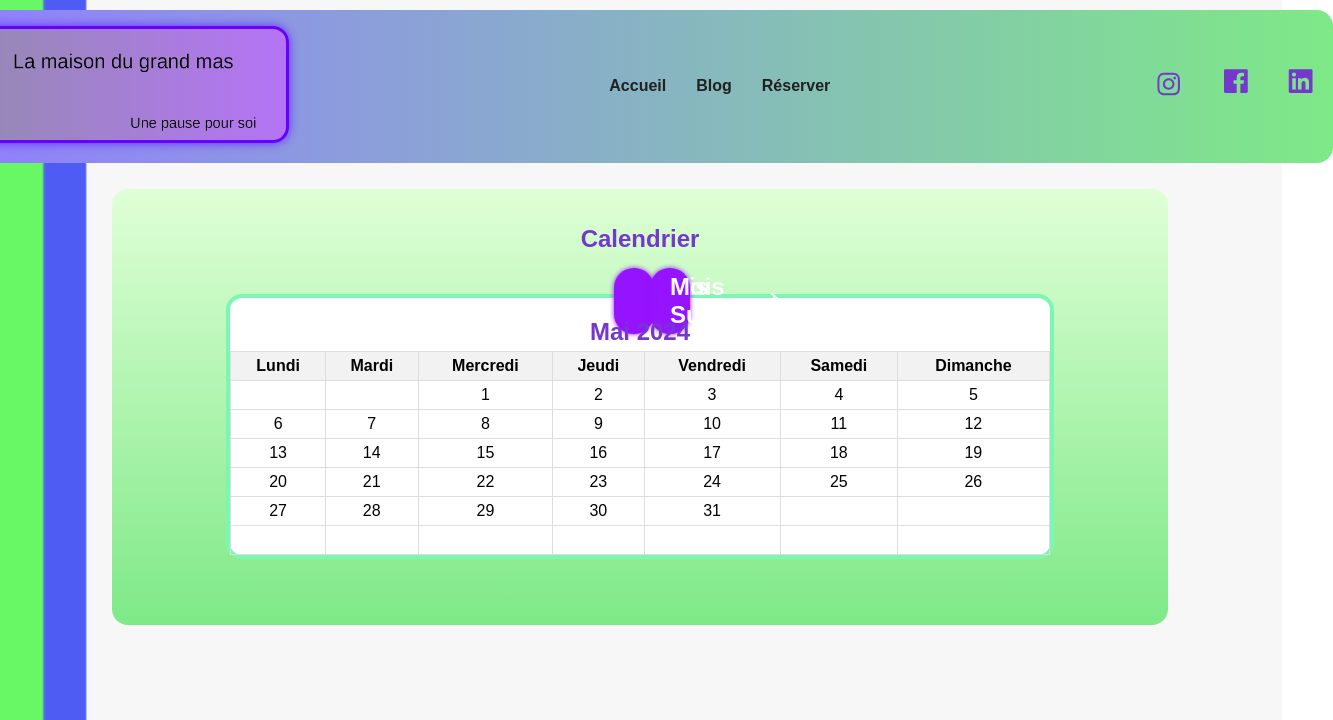
Repository: Crosnierpaul/Les_Rangers_de_Pouvoir
Page: http://localhost/entretien
An editor plug-in stored every save of this project. The page is shown before and after the next save, followed by the edit.
The browser window is 1280 px wide. The page is 1333 px wide, so the pictures cover 1333 px, including what lies to the right of the window. The pictures show the whole page.
The page is served by the project's Node server (site/server.js).

Above is the page before, as saved 2024-05-07 10:37:30.

After the next save:
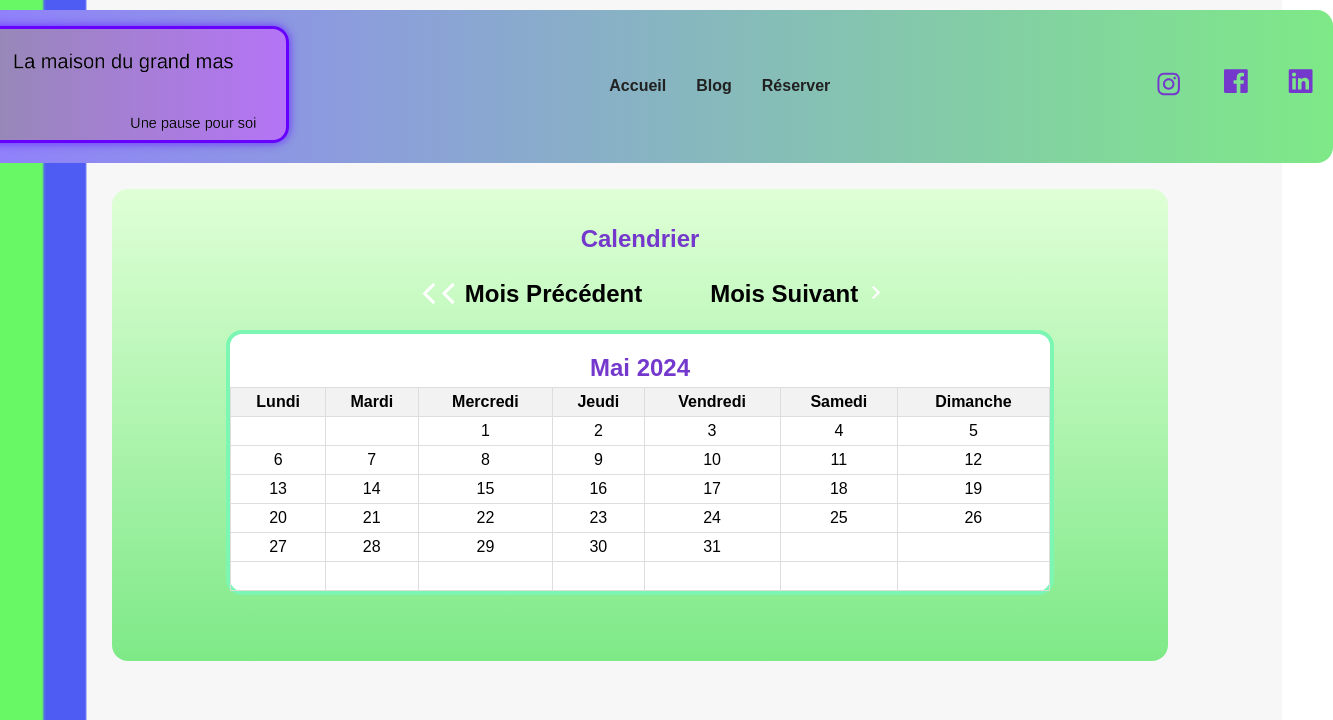
Saved 29 s later.
--- a/site/public/css/entretien.css
+++ b/site/public/css/entretien.css
@@ -54,33 +54,27 @@
 }
 
 .btn-container {
+    font-size: 1.5rem; /* Taille de la police de caractères du parent */
     margin-left: 10px;
     margin-right: 10px;
     margin-top: 10px;
     margin-bottom: 10px;
-    max-width: 1rem;
-    max-height: 1rem;
-    --color-text: #ffffff;
-    --color-background: #9513ff;
-    --color-outline: #9514ff80;
-    --color-shadow: #00000080;
-  }
-
-  .btn-content {
+}
+
+.btn-content {
     display: flex;
     align-items: center;
-
-    padding: 5px 20px;
+    padding: 0.5em 1em; /* Utilisation de rem ou em pour la taille du padding */
     text-decoration: none;
     font-family: 'Poppins', sans-serif;
     font-weight: 600;
-    font-size: 24px;
+    font-size: 1em; /* Taille du texte du bouton en fonction de la police de caractères du parent */
     color: var(--color-text);
     background: var(--color-background);
     transition: 1s;
     border-radius: 100px;
     box-shadow: 0 0 0.2em 0 var(--color-background);
-  }
+}
 
   .btn-content:hover, .btn-content:focus {
     transition: 0.5s;

After the save that followed:
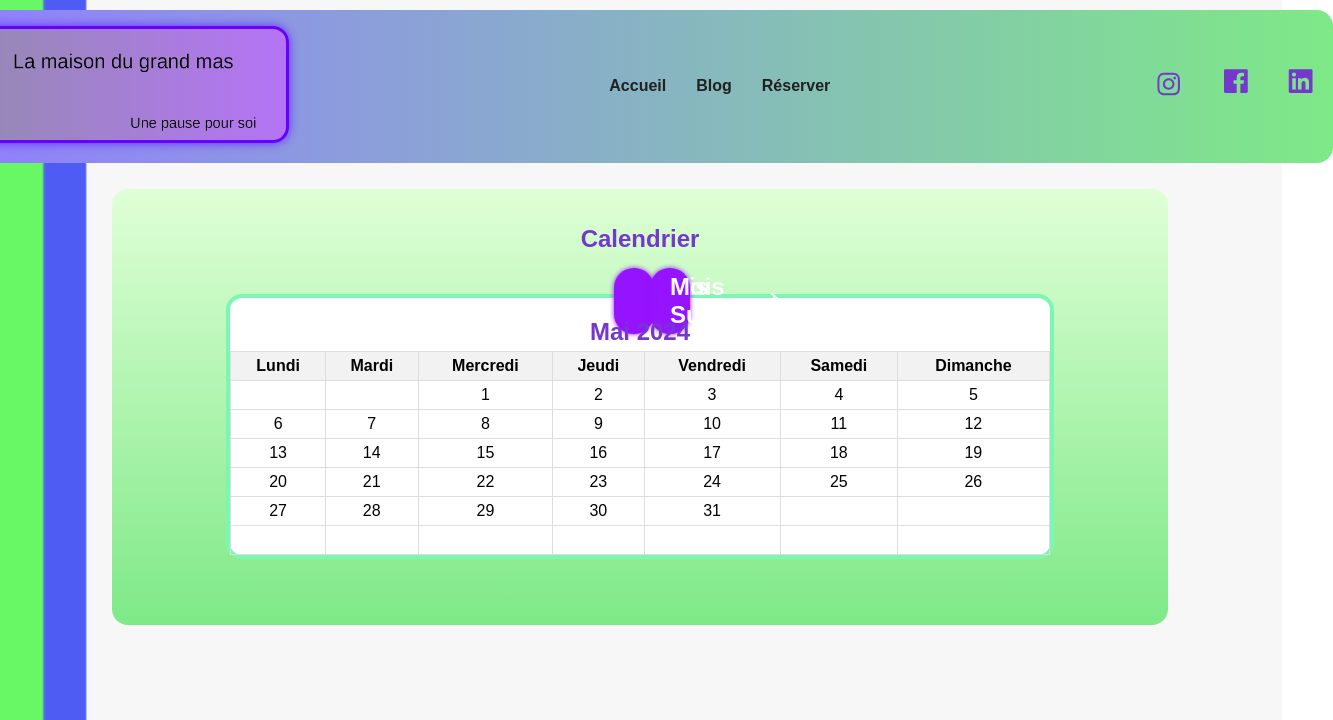
Saved 25 s later.
--- a/site/public/css/entretien.css
+++ b/site/public/css/entretien.css
@@ -54,27 +54,33 @@
 }
 
 .btn-container {
-    font-size: 1.5rem; /* Taille de la police de caractères du parent */
     margin-left: 10px;
     margin-right: 10px;
     margin-top: 10px;
     margin-bottom: 10px;
-}
-
-.btn-content {
+    max-width: 1rem;
+    max-height: 1rem;
+    --color-text: #ffffff;
+    --color-background: #9513ff;
+    --color-outline: #9514ff80;
+    --color-shadow: #00000080;
+  }
+
+  .btn-content {
     display: flex;
     align-items: center;
-    padding: 0.5em 1em; /* Utilisation de rem ou em pour la taille du padding */
+
+    padding: 5px 20px;
     text-decoration: none;
     font-family: 'Poppins', sans-serif;
     font-weight: 600;
-    font-size: 1em; /* Taille du texte du bouton en fonction de la police de caractères du parent */
+    font-size: 24px;
     color: var(--color-text);
     background: var(--color-background);
     transition: 1s;
     border-radius: 100px;
     box-shadow: 0 0 0.2em 0 var(--color-background);
-}
+  }
 
   .btn-content:hover, .btn-content:focus {
     transition: 0.5s;
